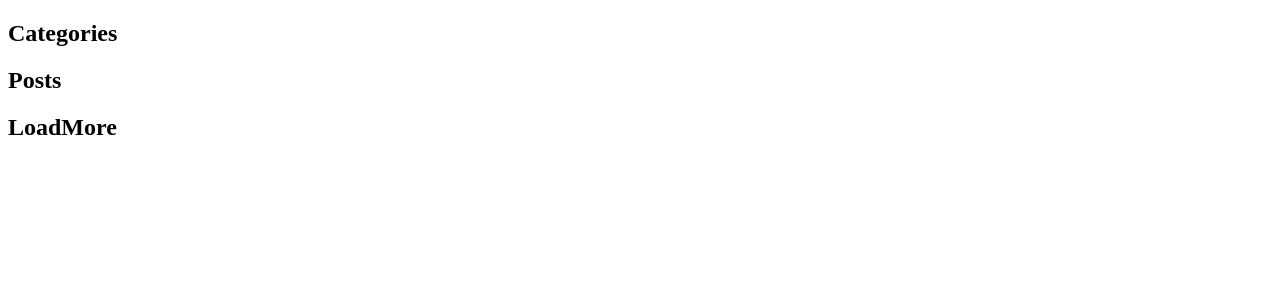
Repository: AmolPawar7181/flexibble
Page: /
These files come from the project's save history. The page is drawn as it stood at one moment and after the next save; the edit follows.
The browser window is 1280 px wide. The pictures show the whole page.
The project was rebuilt for these pictures with package versions that can differ from the ones it lists, and the page was loaded fresh each time. The framework's server and built-in components were replaced by stand-ins that run in the browser. Also part of the build but not shown: next.config.js.

Above is the page before, as saved 2023-07-11 12:28:37.

After the next save:
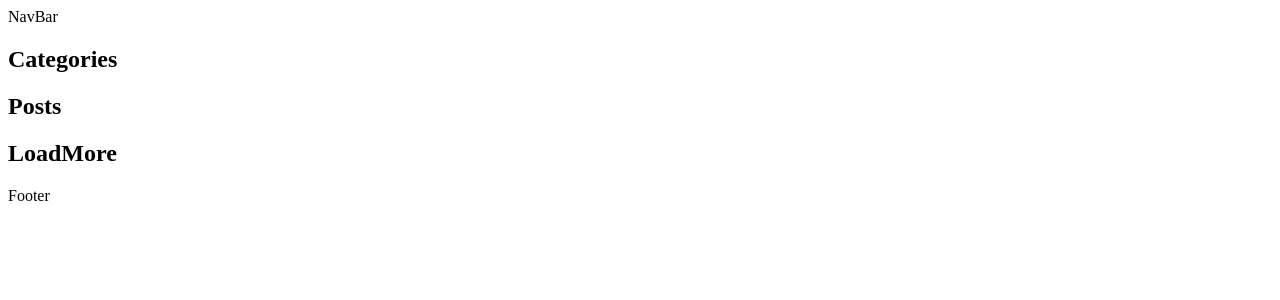
Saved 50 s later.
--- a/app/layout.tsx
+++ b/app/layout.tsx
@@ -6,7 +6,11 @@ export const metadata = {
 export default function RootLayout({children}: {children: React.ReactNode}) {
 	return (
 		<html lang='en'>
-			<body>{children}</body>
+			<body>
+				NavBar
+				<main> {children}</main>
+				Footer
+			</body>
 		</html>
 	);
 }
